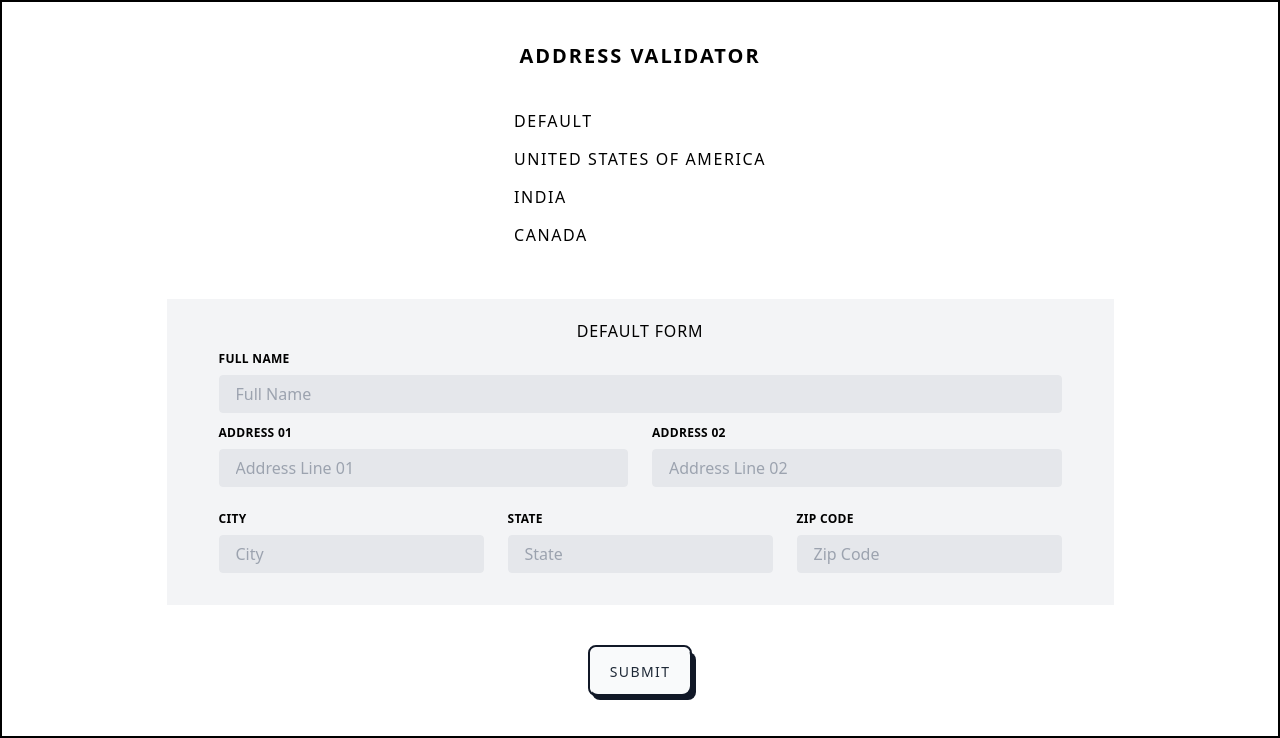
Repository: jay-singhvi/SWArchDesign_TeamProject
Page: / (app in frontend/address-validation/)
An editor plug-in stored every save of this project. The page is shown before and after the next save, followed by the edit.
The browser window is 1280 px wide. The pictures show the whole page.
The project was rebuilt for these pictures with package versions that can differ from the ones it lists, and the page was loaded fresh each time. Also part of the build but not shown: frontend/address-validation/src/App.css.

Above is the page before, as saved 2023-03-07 23:23:07.

After the next save:
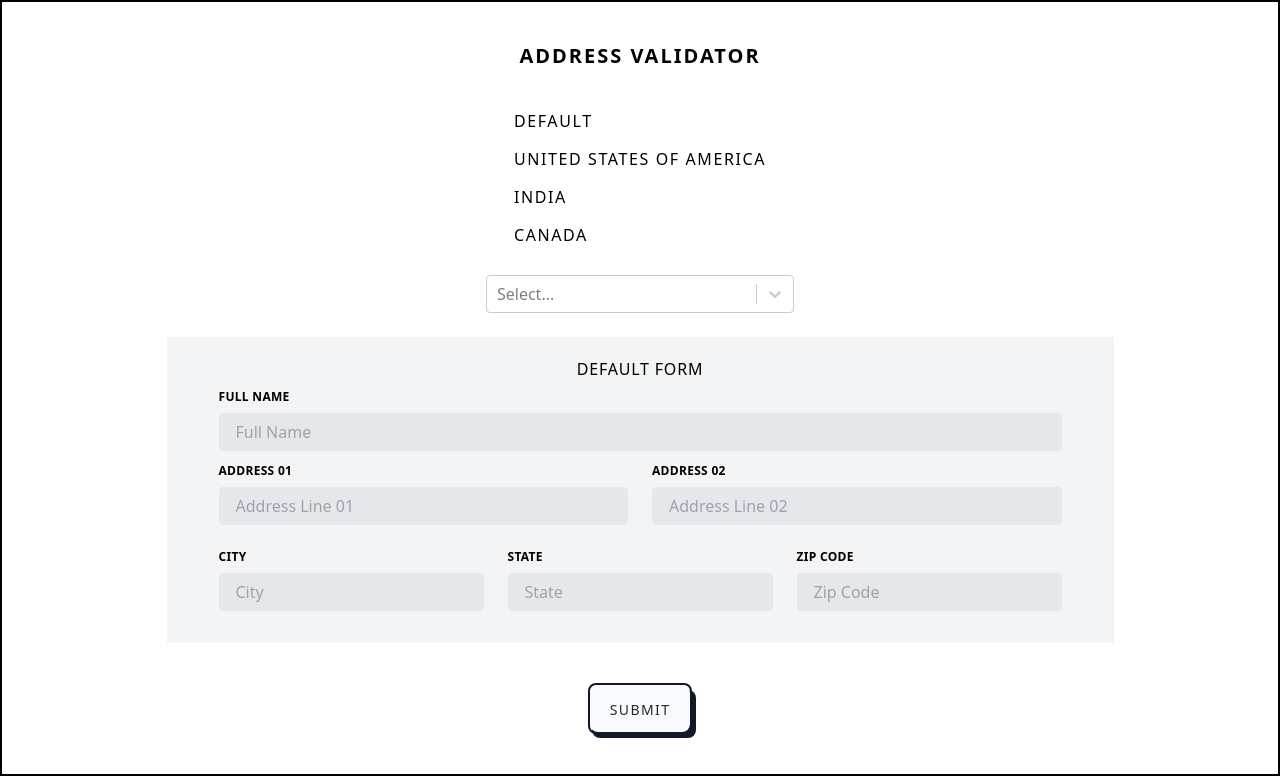
Saved 2 min 20 s later.
--- a/frontend/address-validation/src/App.js
+++ b/frontend/address-validation/src/App.js
@@ -178,6 +178,14 @@ function App() {
               </option>
             ))}
           </select>
+
+          <Select  closeMenuOnSelect={false}
+      components={animatedComponents}
+      // defaultValue={[colourOptions[4], colourOptions[5]]}
+      isMulti
+      options={countries}/>
+
+
         </div>
 
         {renderForm()}
